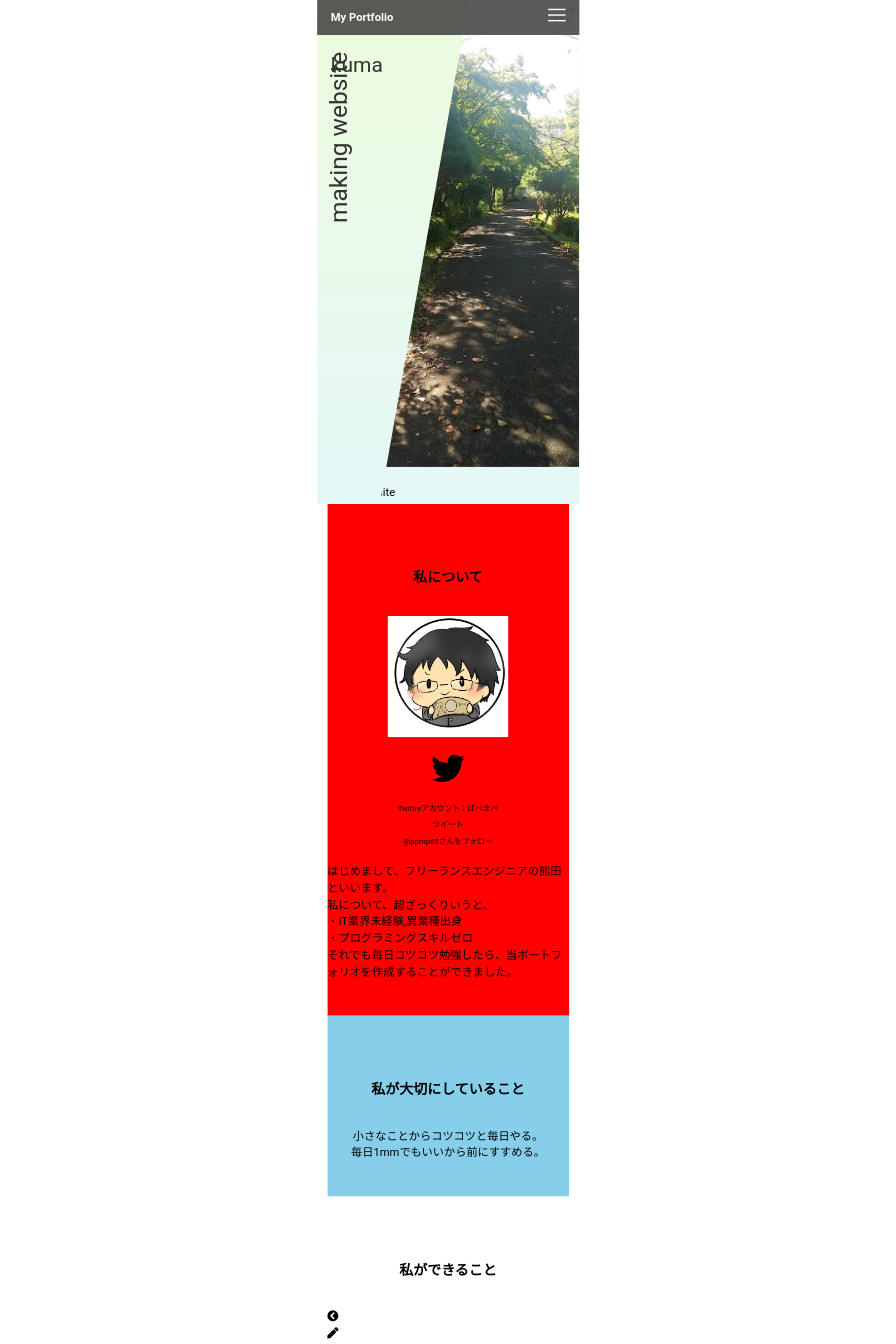
Repository: ppmp556/portfolio6
Page: index copy.html
The author's editor kept a copy of each file at every save. The page is drawn from the files as they stood at one save, then again after the next save.
The browser window is 1280 px wide. The pictures show the part of the page from y = 0 to 1920 px (the page is 3189 px tall), at 70% of full size.
Some web libraries are served in a nearby version. The style sheet was rebuilt from its Sass, Less or Tailwind sources for each picture, by a compiler version that may differ from the author's.

Above is the page before, as saved 2020-10-12 22:46:35.
Console error: TypeError: Cannot read properties of null (reading 'addEventListener')

After the next save:
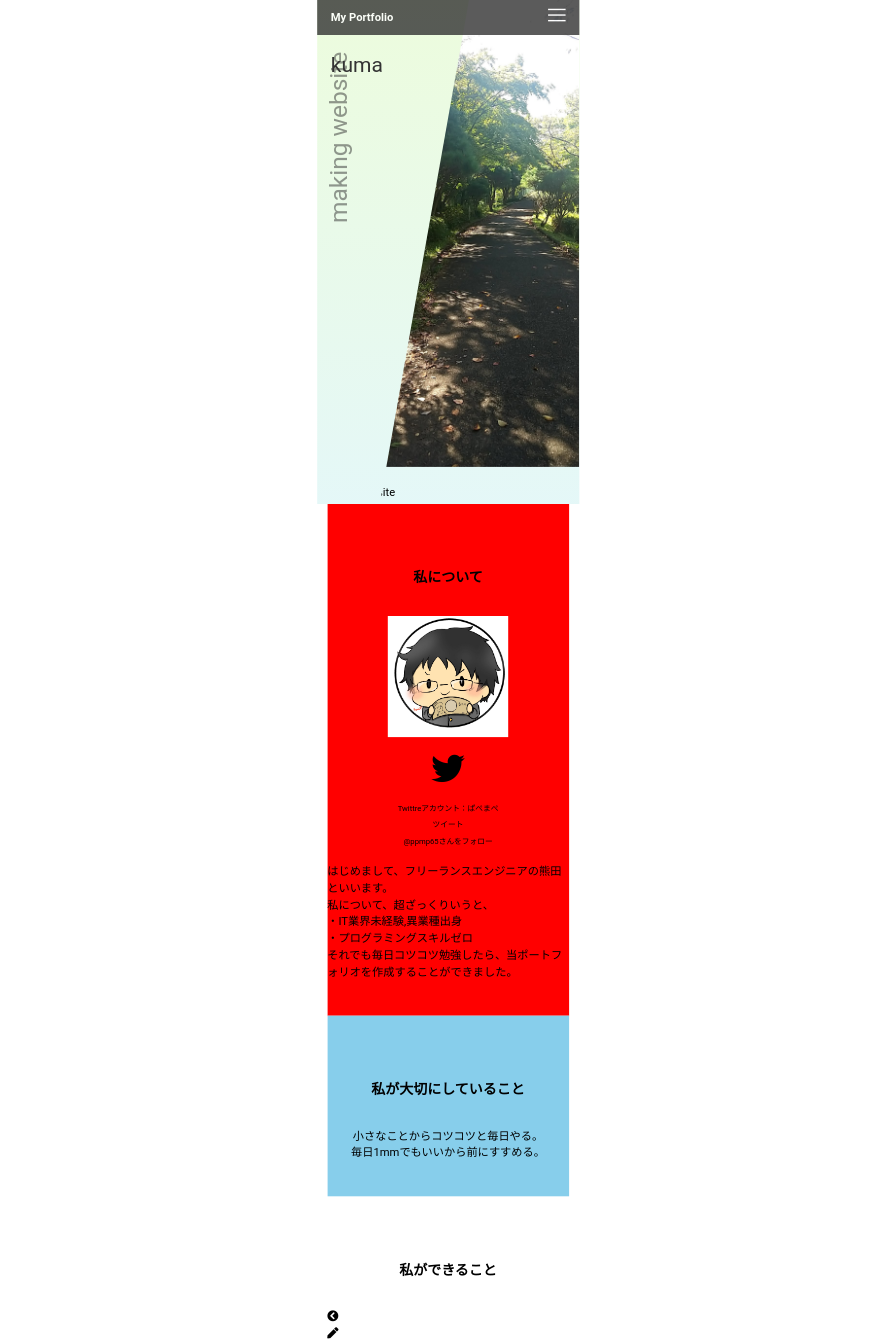
Saved 28 s later.
--- a/css/main.scss
+++ b/css/main.scss
@@ -158,6 +158,7 @@ kv
         transform: rotate(-90deg);
         color: $cBlack;
         text-shadow: 10px 10px 10px .9;
+        opacity: .5;
     }
 
     &_ttl {
